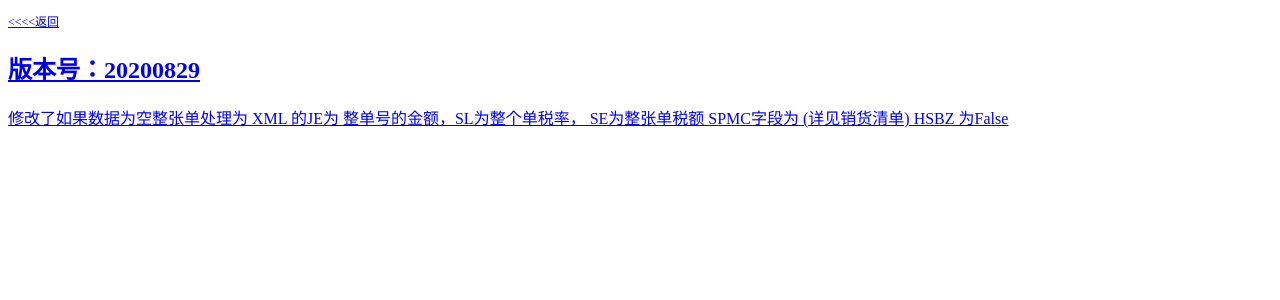
Repository: SFGuile/learnSpringapp
Page: http://localhost/demo/releasenote.jsp
These files come from the project's save history. The page is drawn as it stood at one moment and after the next save; the edit follows.
The browser window is 1280 px wide. The pictures show the whole page.
The page is served by Tomcat 9.

Above is the page before, as saved 2020-08-29 02:18:03.

After the next save:
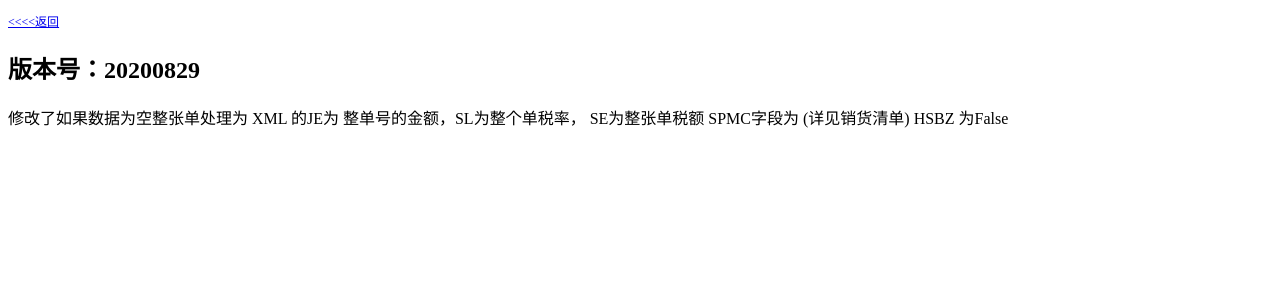
Saved 42 s later.
--- a/demo/src/main/webapp/releasenote.jsp
+++ b/demo/src/main/webapp/releasenote.jsp
@@ -7,7 +7,7 @@
 <title>版本修改日志</title>
 </head>
 <body>
-  <p style="font-size:12px;text-align: left;"><a href="../home"><<&lt;&lt;返回</p>
+  <p style="font-size:12px;text-align: left;"><a href="../home"><<&lt;&lt;返回</a></p>
   <DIV>
 <h2>版本号：20200829</h2>
 <p>修改了如果数据为空整张单处理为 XML 的JE为 整单号的金额，SL为整个单税率，	SE为整张单税额  SPMC字段为 (详见销货清单) HSBZ 为False</p>
